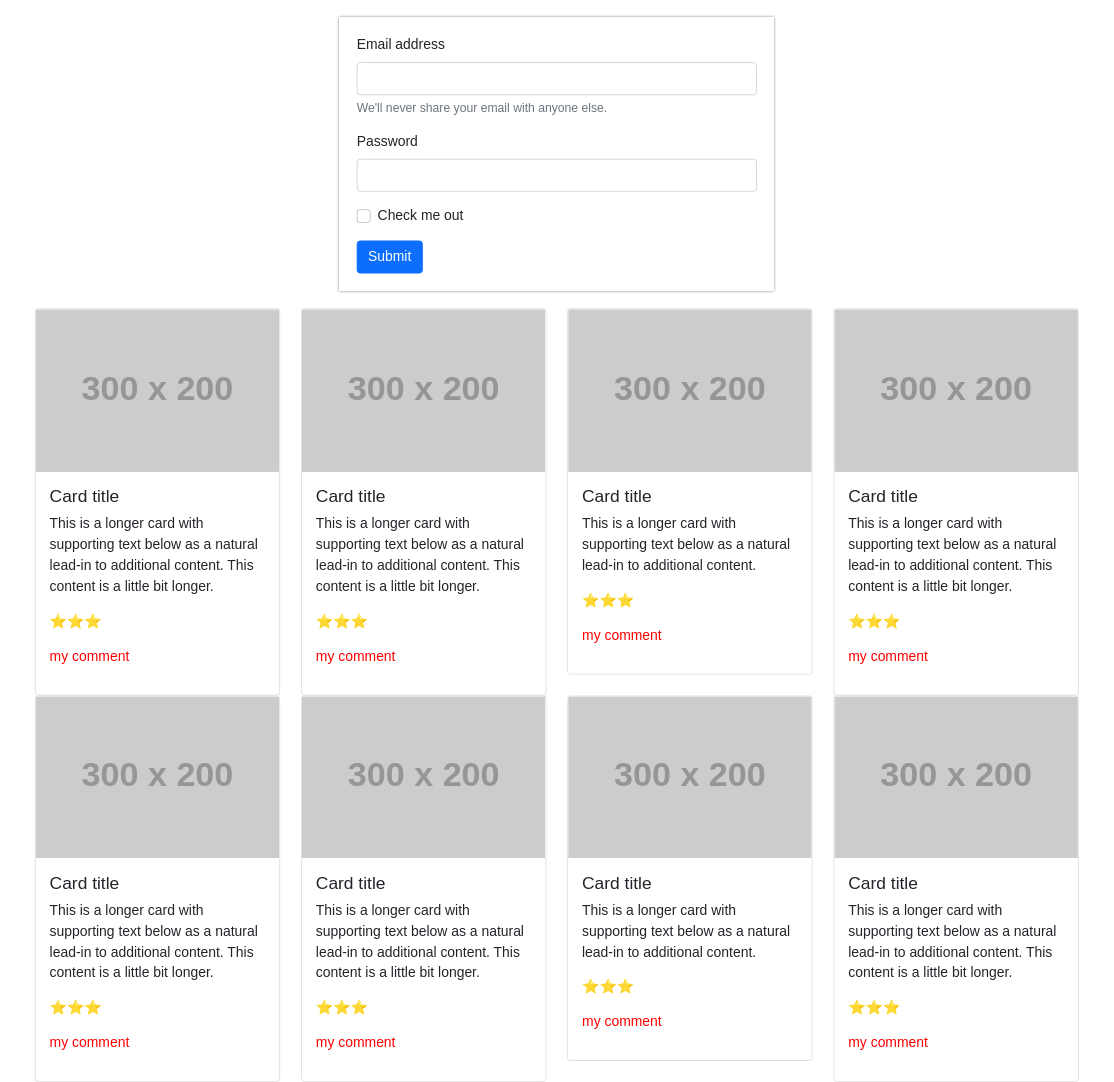
Repository: sinayaka-body/sparta
Page: frontend/test2.html
These files come from the project's save history. The page is drawn as it stood at one moment and after the next save; the edit follows.
The browser window is 1280 px wide. The pictures show the part of the page from y = 250 to 1494 px (the page is 1494 px tall before and 1454 px after), at 87% of full size.
Some web fonts or font styles are not loaded; a fallback is used.

Above is the page before, as saved 2023-04-15 17:00:30.

After the next save:
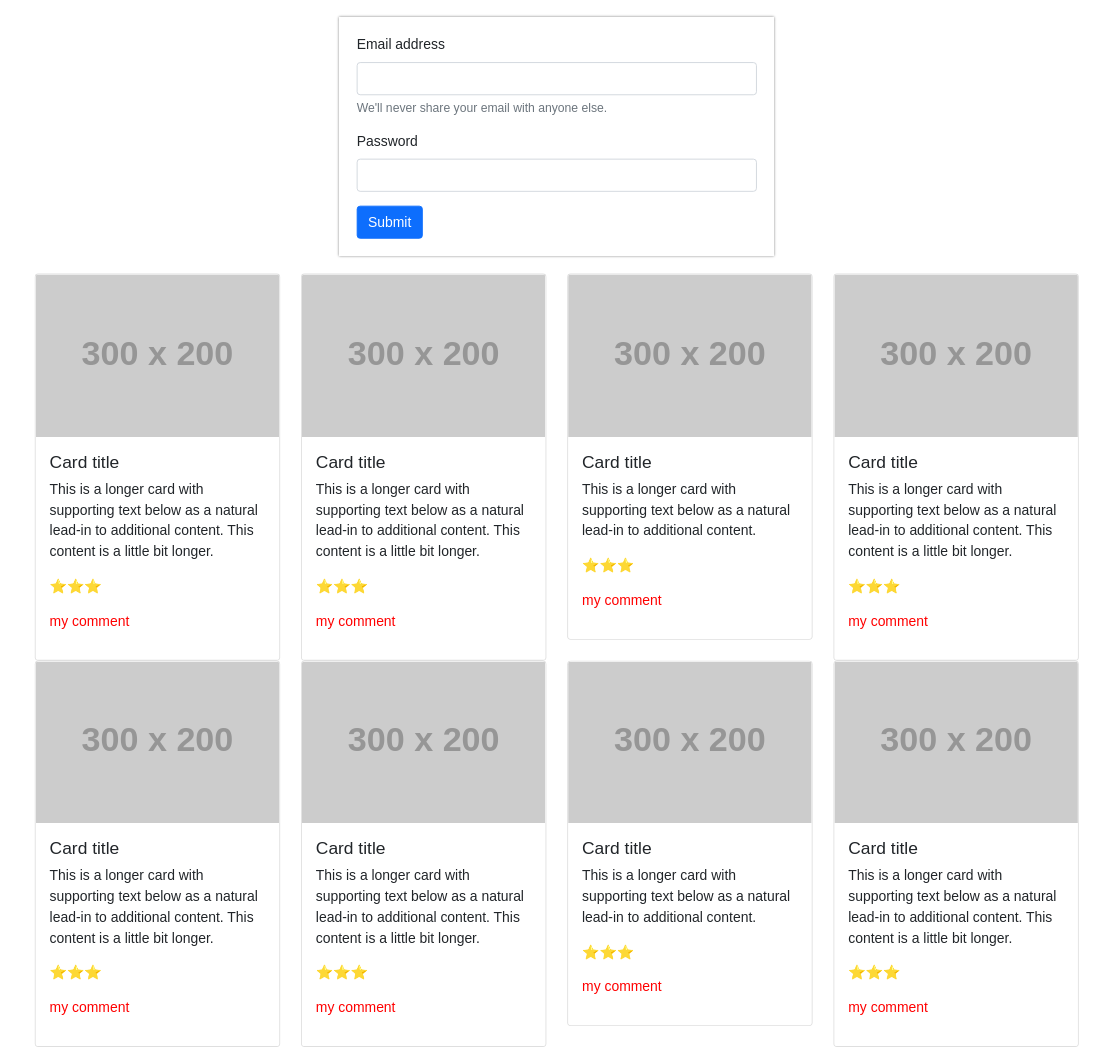
Saved 3 min 10 s later.
--- a/frontend/test2.html
+++ b/frontend/test2.html
@@ -94,10 +94,6 @@
         <div class="mb-3">
           <label for="exampleInputPassword1" class="form-label">Password</label>
           <input type="password" class="form-control" id="exampleInputPassword1" />
-        </div>
-        <div class="mb-3 form-check">
-          <input type="checkbox" class="form-check-input" id="exampleCheck1" />
-          <label class="form-check-label" for="exampleCheck1">Check me out</label>
         </div>
         <button type="submit" class="btn btn-primary">Submit</button>
       </form>
